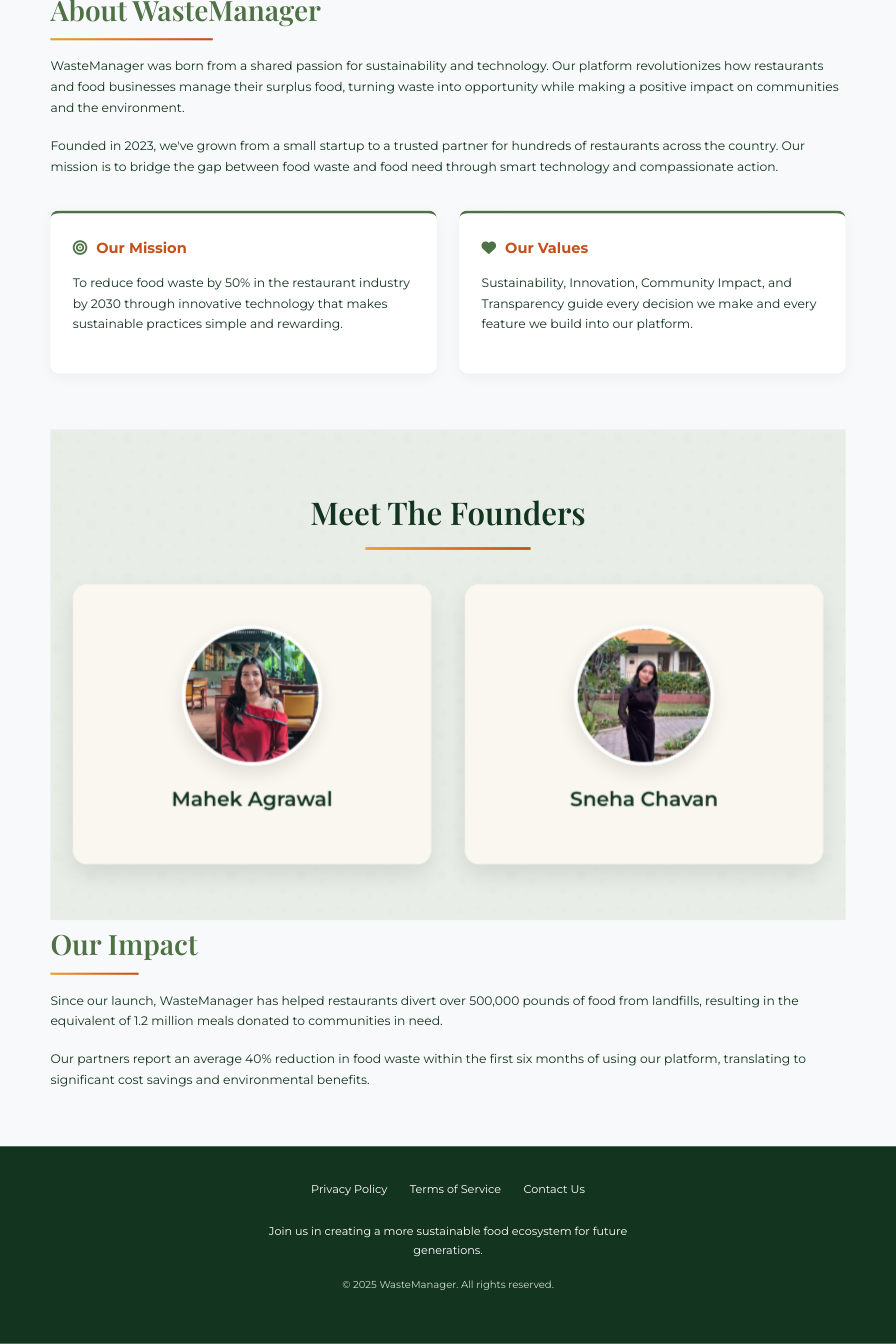
Repository: mahekagrawal25/restaurant-waste-management
Page: frontend/aboutus.html
The author's editor kept a copy of each file at every save. The page is drawn from the files as they stood at one save, then again after the next save.
The browser window is 1280 px wide. The pictures show the part of the page from y = 541 to 2461 px (the page is 2461 px tall before and 2402 px after), at 70% of full size.

Above is the page before, as saved 2025-04-26 12:43:20.

After the next save:
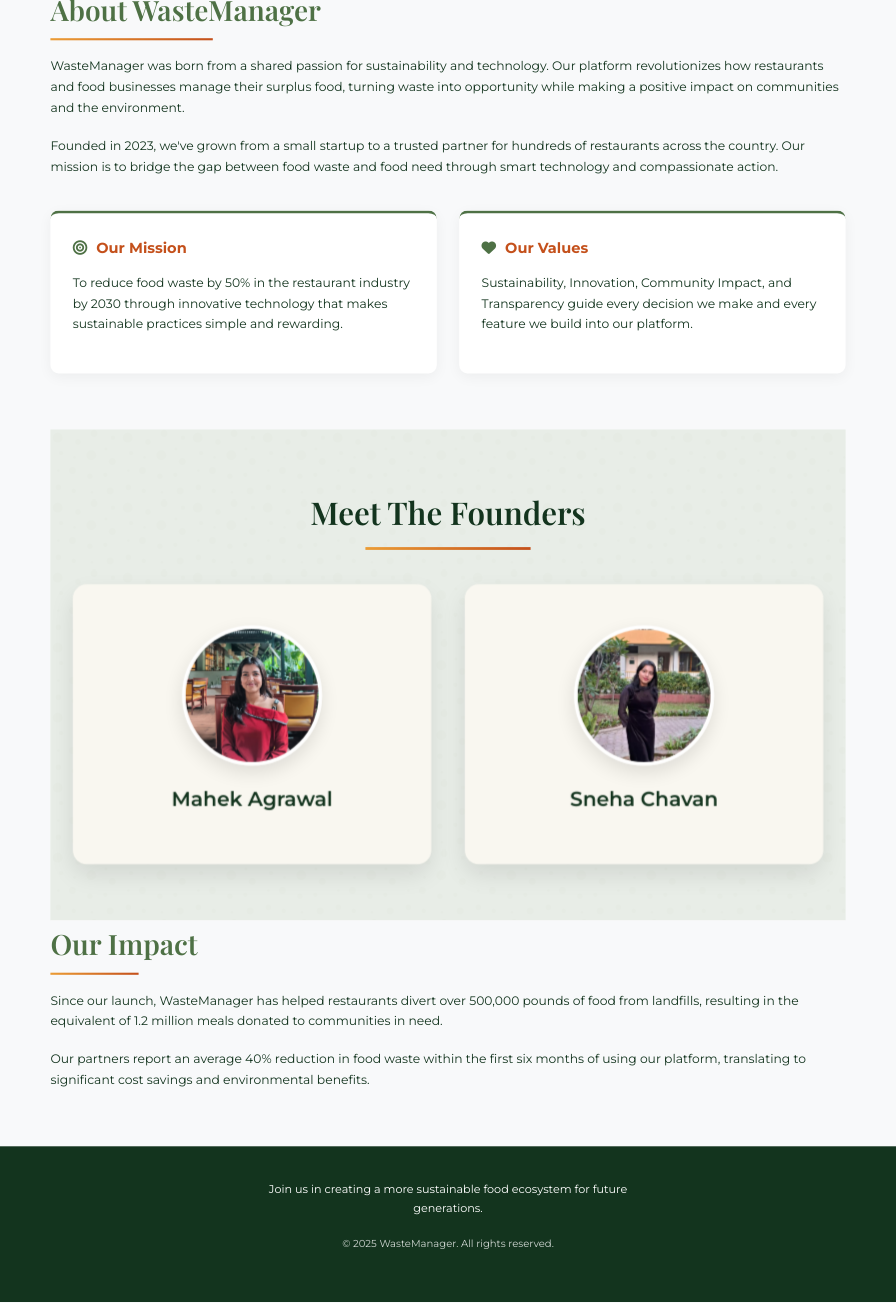
Saved 13 s later.
--- a/frontend/aboutus.html
+++ b/frontend/aboutus.html
@@ -435,11 +435,7 @@
   </div>
 
   <footer>
-    <div class="footer-links">
-      <a href="privacy.html">Privacy Policy</a>
-      <a href="terms.html">Terms of Service</a>
-      <a href="contact.html">Contact Us</a>
-    </div>
+
     <p>Join us in creating a more sustainable food ecosystem for future generations.</p>
     <p class="copyright">&copy; 2025 WasteManager. All rights reserved.</p>
   </footer>
